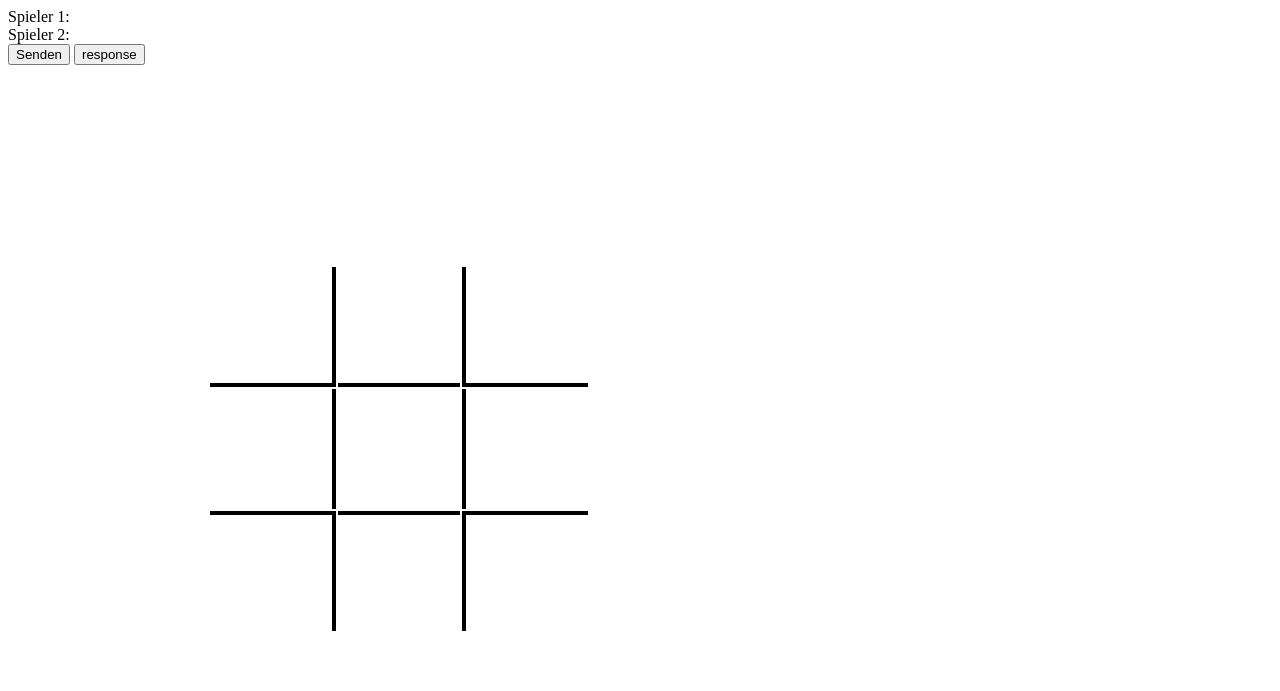
Repository: BKMaster94/Proggen_testat_2
Page: Proggen_testat_2/HTML/Index.html
These files come from the project's save history. The page is drawn as it stood at one moment and after the next save; the edit follows.
The browser window is 1280 px wide. The pictures show the whole page.

Above is the page before, as saved 2017-06-12 19:30:30.

### Proggen_testat_2/HTML/Index.html
<!DOCTYPE HEAD PUBLIC "-//W3C//DTD HTML 4.01 Transitional//EN" "http://www.w3.org/TR/html4/loose.dtd">
<HTML>
<HEAD>
	<meta name="Dokumentbe4schreibung" content="Index">
	<meta name="viewport" content="width=device-width, initial-sclae=1.0">
	<title>TicTacTo</title>

	<style>
	#table{
		font: bold 100px 'Comic Sans';
		margin-left:2em;
		margin-top:2em;
		display: table;
	}

	table tr th{
		width: 120px;
		height: 120px;
	}

	#S1Z_Eins{
		border-right: 4px solid black;
		border-bottom: 4px solid black;
	}
	#S1Z_Zwei
	{
		border-bottom: 4px solid black;
	}
	#S1Z_Drei
	{
		border-left: 4px solid black;
		border-bottom: 4px solid black;
	}
	#S2Z_Eins{
		border-right: 4px solid black;
	}
	#S2Z_Zwei
	{
		border-radius:: 2px;
	}
	#S2Z_Drei
	{
		border-left: 4px solid black;
		border-radius:: 2px;

	}
	#S3Z_Eins{
		border-right: 4px solid black;
		border-top: 4px solid black;
	}
	#S3Z_Zwei
	{
		border-top: 4px solid black;
	}
	#S3Z_Drei
	{
		border-left: 4px solid black;
		border-top: 4px solid black;
	}
	</style>
</HEAD>

<BODY>
<form
<input type="text" id="name" name="name" value="Namen eintragen"/>



<div> Spieler 1: </div>
<div> Spieler 2: </div>
<div id="test"></div>


<button onclick="sendRequest()"> Senden </button>
<button onclick="getResponse()"> response </button>



	<table id="table">
		<tr id="S_Eins">
			<th id="S1Z_Eins" onclick="WerlcherDarfClicken(this.id);"></th>
			<th id="S1Z_Zwei" onclick="WerlcherDarfClicken(this.id);"></th>
			<th id="S1Z_Drei" onclick="WerlcherDarfClicken(this.id);"></th>
		</tr>
		<tr id="S_Zwei">
			<th id="S2Z_Eins" onclick="WerlcherDarfClicken(this.id);"></th>
			<th id="S2Z_Zwei" onclick="WerlcherDarfClicken(this.id);"></th>
			<th id="S2Z_Drei" onclick="WerlcherDarfClicken(this.id);"></th>
		</tr>
		<tr id="S_Drei">
		 	<th id="S3Z_Eins" onclick="WerlcherDarfClicken(this.id);"></th>
			<th id="S3Z_Zwei" onclick="WerlcherDarfClicken(this.id);"></th>
			<th id="S3Z_Drei" onclick="WerlcherDarfClicken(this.id);"></th>
		</tr>

	</table>

</BODY>

<script type="text/javascript">
var playername1= "";
var player1 = true;
var player2 = false;

function WerlcherDarfClicken(el){
	if(player1 == true ){
		player2 = false;
		document.getElementById(el).innerHTML='x';
	}
	if(player2 == true){
		player1 = false;
		document.getElementById(el).innerHTML='o';
	}
}

var textname = document.getElementById("name").value;

function sendRequest(){

	   xmlhttp = new XMLHttpRequest();

	   xmlhttp.open("POST","http://localhost:8080/getstring", true);
	   xmlhttp.send();

	   string=xmlhttp.responseText;

}

function getResponse(){

		xhr = new XMLHttpRequest();

		xhr.open("GET","http://localhost:8080/getResponse", true);
		xhr.send('');
	 	xhr.onreadystatechange = function() {
		   if (xhr.readyState == 4) {
		     document.getElementById("test").innerHTML = this.responseText;
		   }

	 	}
}
</script>
</HTML>

After the next save:
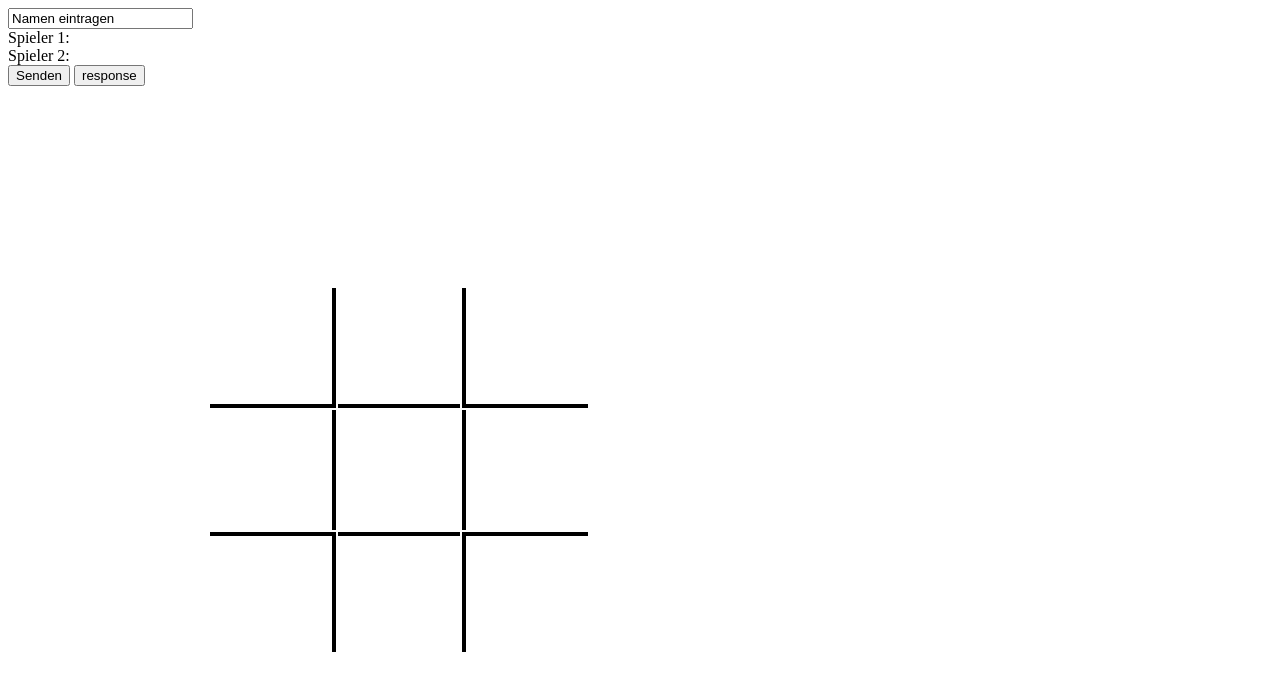
Saved 18 s later.
--- a/Proggen_testat_2/HTML/Index.html
+++ b/Proggen_testat_2/HTML/Index.html
@@ -61,7 +61,7 @@
 </HEAD>
 
 <BODY>
-<form
+<form ></form>
 <input type="text" id="name" name="name" value="Namen eintragen"/>
 
 
